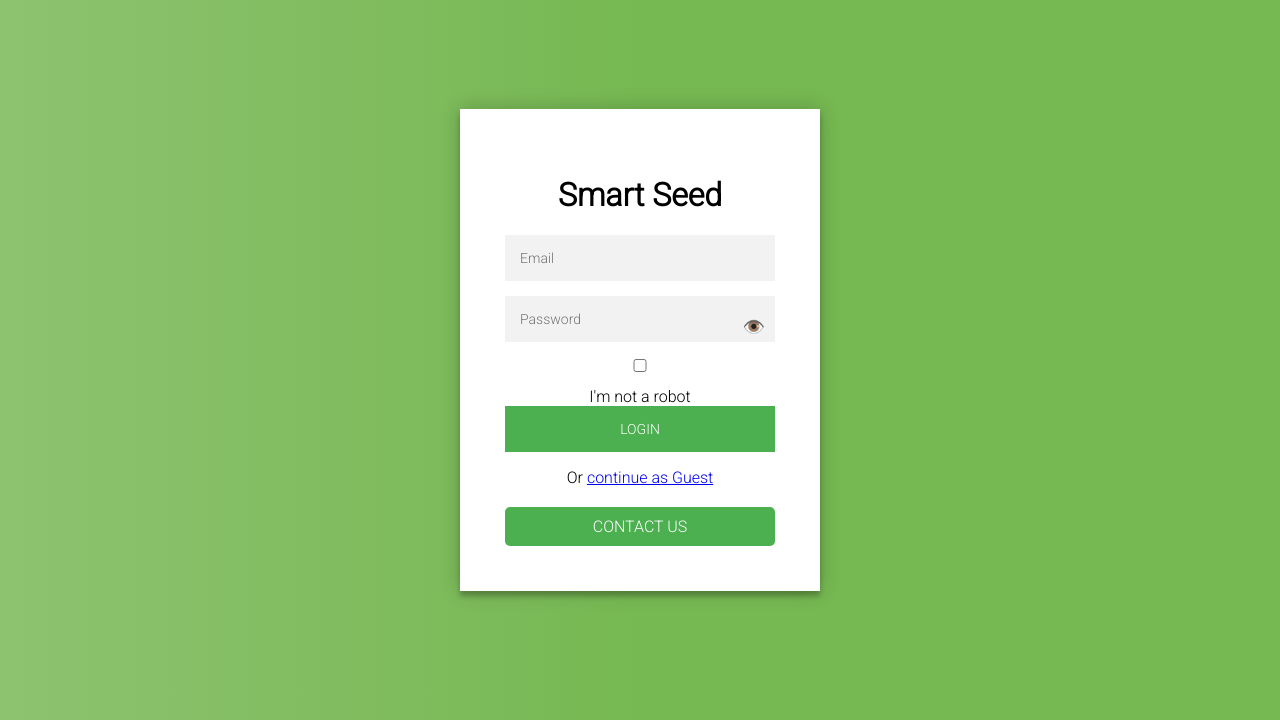
Repository: IFoundGeorge/Smart-Seed-v8-master
Page: src/login.html
An editor plug-in stored every save of this project. The page is shown before and after the next save, followed by the edit.
The browser window is 1280 px wide. The pictures show the whole page.

Above is the page before, as saved 2025-04-02 00:35:48.

### src/login.html
<!DOCTYPE html>
<html lang="en">
  <head>
    <meta charset="UTF-8" />
    <meta name="viewport" content="width=device-width, initial-scale=1.0" />
    <title>Login Form with Custom CAPTCHA</title>
    <link rel="stylesheet" href="../../css/login.css" />
    <script src="https://cdnjs.cloudflare.com/ajax/libs/js-sha1/0.7.0/sha1.min.js"></script>
    <style>
      .password-container {
        position: relative;
        display: flex;
        align-items: center;
      }

      #login-password {
        width: 100%;
        padding-right: 40px; /* Add space for the eye icon */
      }

      #toggle-password {
        position: absolute;
        right: 10px;
        cursor: pointer;
        font-size: 18px;
        color: #888;
      }

      .contact-us {
        text-align: center;
        margin-top: 20px;
      }

      .contact-us button {
        background-color: #4caf50; /* Green background */
        color: white; /* White text */
        border: none;
        padding: 10px 20px;
        font-size: 16px;
        cursor: pointer;
        border-radius: 5px;
      }

      .contact-us button:hover {
        background-color: #45a049; /* Darker green on hover */
      }

      /* Modal styling */
      .modal {
        display: none; /* Hidden by default */
        position: fixed;
        z-index: 1000;
        left: 0;
        top: 0;
        width: 100%;
        height: 100%;
        overflow: auto;
        background-color: rgba(
          0,
          0,
          0,
          0.4
        ); /* Black background with opacity */
      }

      .modal-content {
        background-color: #fff;
        margin: 15% auto;
        padding: 20px;
        border: 1px solid #888;
        width: 80%;
        max-width: 400px;
        border-radius: 10px;
        text-align: center;
      }

      .modal-content h2 {
        margin-top: 0;
      }

      .modal-content a {
        color: #4caf50;
        text-decoration: none;
      }

      .modal-content a:hover {
        text-decoration: underline;
      }

      .close {
        color: #aaa;
        float: right;
        font-size: 28px;
        font-weight: bold;
        cursor: pointer;
      }

      .close:hover,
      .close:focus {
        color: black;
        text-decoration: none;
      }
    </style>
  </head>
  <body>
    <div class="login-page">
      <div class="form">
        <h1 class="title">Smart Seed</h1>
        <form class="login-form" onsubmit="loginUser(event)">
          <input type="email" id="login-email" placeholder="Email" required />
          <div class="password-container">
            <input
              type="password"
              id="login-password"
              placeholder="Password"
              required
            />
            <span id="toggle-password" onclick="togglePasswordVisibility()"
              >👁️</span
            >
          </div>

          <!-- CAPTCHA Section -->
          <div class="captcha-section">
            <input
              type="checkbox"
              id="captcha-checkbox"
              onclick="showCaptchaModal()"
            />
            <label for="captcha-checkbox">I'm not a robot</label>
          </div>

          <button type="submit" id="login-button" disabled>Login</button>
        </form>

        <!-- Clickable Guest Login -->
        <p class="guest-text">
          Or <a href="#" onclick="loginAsGuest()">continue as Guest</a>
        </p>

        <!-- Contact Us Button -->
        <div class="contact-us">
          <button onclick="contactUs()">Contact Us</button>
        </div>
      </div>
    </div>

    <!-- CAPTCHA Modal -->
    <div id="captcha-modal" class="modal">
      <div class="modal-content">
        <span class="close" onclick="closeCaptchaModal()">&times;</span>
        <p id="math-problem"></p>
        <input type="text" id="captcha-answer" placeholder="Your answer" />
        <button onclick="verifyCaptcha()">Submit</button>
      </div>
    </div>

    <!-- Contact Us Modal -->
    <div id="contact-modal" class="modal">
      <div class="modal-content">
        <span class="close" onclick="closeContactModal()">&times;</span>
        <h2>Contact Us</h2>
        <p><strong>Name:</strong> Cyrus M. Cavero</p>
        <p><strong>Phone:</strong> 09168802764</p>
        <p>
          <strong>Email:</strong>
          <a href="mailto:caverocyrus@gmail.com">caverocyrus@gmail.com</a>
        </p>
      </div>
    </div>

    <script src="../../js/login.js"></script>

    <script>
      function loginAsGuest() {
        window.location.href = "guest/index.html";
      }

      function togglePasswordVisibility() {
        const passwordInput = document.getElementById("login-password");
        const togglePassword = document.getElementById("toggle-password");

        if (passwordInput.type === "password") {
          passwordInput.type = "text";
          togglePassword.textContent = "🙈"; // Change icon to "hide" mode
        } else {
          passwordInput.type = "password";
          togglePassword.textContent = "👁️"; // Change icon to "show" mode
        }
      }

      function contactUs() {
        const modal = document.getElementById("contact-modal");
        modal.style.display = "block"; // Show the modal
      }

      function closeContactModal() {
        const modal = document.getElementById("contact-modal");
        modal.style.display = "none"; // Hide the modal
      }

      window.onclick = function (event) {
        const modal = document.getElementById("contact-modal");
        if (event.target === modal) {
          modal.style.display = "none";
        }
      };
    </script>
  </body>
</html>

### css/login.css
@import url('https://fonts.googleapis.com/css?family=Roboto:300');

body {
  background: #76b852;
  background: linear-gradient(90deg, rgba(141,194,111,1) 0%, rgba(118,184,82,1) 50%);
  font-family: "Roboto", sans-serif;
  -webkit-font-smoothing: antialiased;
  -moz-osx-font-smoothing: grayscale;
}

.login-page {
  width: 360px;
  padding: 8% 0 0;
  margin: auto;
}

.form {
  position: relative;
  z-index: 1;
  background: #FFFFFF;
  max-width: 360px;
  margin: 0 auto 100px;
  padding: 45px;
  text-align: center;
  box-shadow: 0 0 20px 0 rgba(0, 0, 0, 0.2), 0 5px 5px 0 rgba(0, 0, 0, 0.24);
}

.form input {
  font-family: "Roboto", sans-serif;
  outline: 0;
  background: #f2f2f2;
  width: 100%;
  border: 0;
  margin: 0 0 15px;
  padding: 15px;
  box-sizing: border-box;
  font-size: 14px;
}

.form button {
  font-family: "Roboto", sans-serif;
  text-transform: uppercase;
  outline: 0;
  background: #4CAF50;
  width: 100%;
  border: 0;
  padding: 15px;
  color: #FFFFFF;
  font-size: 14px;
  -webkit-transition: all 0.3 ease;
  transition: all 0.3 ease;
  cursor: pointer;
}

.form button:hover, .form button:active, .form button:focus {
  background: #43A047;
}

.form .message {
  margin: 15px 0 0;
  color: #b3b3b3;
  font-size: 12px;
}

.form .message a {
  color: #4CAF50;
  text-decoration: none;
}

.form .register-form {
  display: none;
}

#captchaCanvas {
    border: 1px solid #ccc;
    margin-right: 10px;
}

#captcha-input {
    margin-bottom: 10px;
}

.captcha-container {
    margin: 15px 0;
    font-size: 1.2em;
}


#captchaText {
    font-family: 'Courier New', monospace;
    font-size: 20px;
    font-weight: bold;
    background-color: #f0f0f0;
    padding: 5px;
    margin-right: 10px;
    user-select: none;
}
/* Add this to your login.css */

.modal {
    display: none;
    position: fixed;
    z-index: 1;
    left: 0;
    top: 0;
    width: 100%;
    height: 100%;
    overflow: auto;
    background-color: rgba(0, 0, 0, 0.4);
}

.modal-content {
    background-color: #fefefe;
    margin: 15% auto;
    padding: 20px;
    border: 1px solid #888;
    width: 80%;
    max-width: 300px;
    text-align: center;
}

.close {
    color: #aaa;
    float: right;
    font-size: 28px;
    font-weight: bold;
}

.close:hover,
.close:focus {
    color: black;
    text-decoration: none;
    cursor: pointer;
}

### js/login.js
// login.js

document.addEventListener('DOMContentLoaded', () => {
    document.querySelectorAll('.message a').forEach(link => {
        link.addEventListener('click', (e) => {
            e.preventDefault();
            document.querySelectorAll('form').forEach(form => {
                form.classList.toggle('hidden');
            });
        });
    });
});

let correctAnswer;

function showCaptchaModal() {
    // Uncheck the checkbox and disable the login button initially
    const captchaCheckbox = document.getElementById('captcha-checkbox');
    captchaCheckbox.checked = false;
    document.getElementById('login-button').disabled = true;

    // Generate a random math problem
    const num1 = Math.floor(Math.random() * 10) + 1;
    const num2 = Math.floor(Math.random() * 10) + 1;
    correctAnswer = num1 + num2;
    document.getElementById('math-problem').innerText = `What is ${num1} + ${num2}?`;

    // Display the modal
    document.getElementById('captcha-modal').style.display = 'block';
}

function closeCaptchaModal() {
    document.getElementById('captcha-modal').style.display = 'none';
}

function verifyCaptcha() {
    const userAnswer = parseInt(document.getElementById('captcha-answer').value, 10);
    if (userAnswer === correctAnswer) {
        alert('CAPTCHA verified successfully!');
        document.getElementById('captcha-checkbox').checked = true;
        document.getElementById('login-button').disabled = false;
        closeCaptchaModal();
    } else {
        alert('Incorrect answer. Please try again.');
        document.getElementById('captcha-answer').value = '';
        showCaptchaModal();
    }
}

function loginUser(event) {
    event.preventDefault();

    // Ensure CAPTCHA is verified
    if (!document.getElementById('captcha-checkbox').checked) {
        alert('Please verify the CAPTCHA.');
        return;
    }

    const email = document.getElementById('login-email').value;
    const password = document.getElementById('login-password').value;

    // Hardcoded credentials
    const hardcodedEmail = 'admin@email.com';
    const hardcodedPasswordHash = '6c7ca345f63f835cb353ff15bd6c5e052ec08e7a';

    // Hash the entered password
    const hashedPassword = sha1(password);

    if (email === hardcodedEmail && hashedPassword === hardcodedPasswordHash) {
        alert('Login successful!');
        window.location.href = 'index.html';
    } else {
        alert('Invalid email or password.');
    }
}

// Close the modal when clicking outside of it
window.onclick = function(event) {
    const modal = document.getElementById('captcha-modal');
    if (event.target === modal) {
        closeCaptchaModal();
    }
}

After the next save:
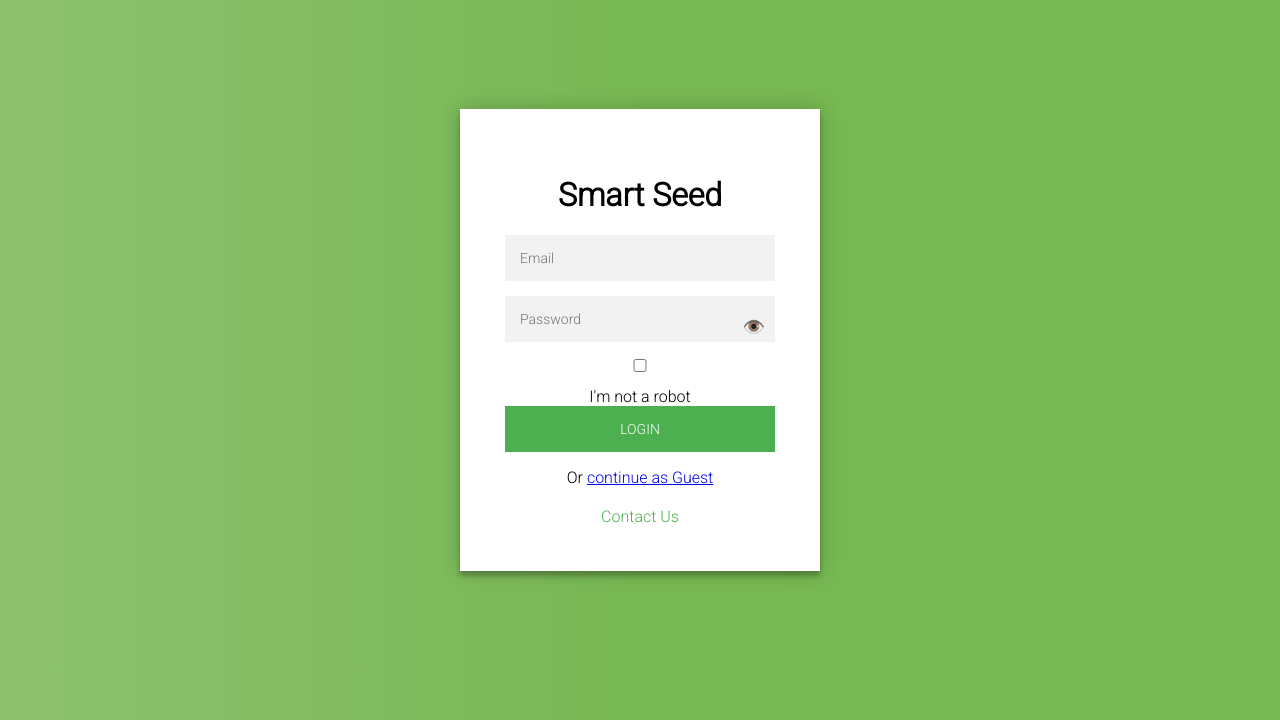
Saved 7 min 34 s later.
--- a/src/login.html
+++ b/src/login.html
@@ -31,18 +31,16 @@
         margin-top: 20px;
       }
 
-      .contact-us button {
-        background-color: #4caf50; /* Green background */
-        color: white; /* White text */
-        border: none;
-        padding: 10px 20px;
+      .contact-us a {
+        color: #4caf50; /* Green text */
         font-size: 16px;
+        text-decoration: none;
         cursor: pointer;
-        border-radius: 5px;
-      }
-
-      .contact-us button:hover {
-        background-color: #45a049; /* Darker green on hover */
+      }
+
+      .contact-us a:hover {
+        text-decoration: underline; /* Underline on hover */
+        color: #45a049; /* Darker green on hover */
       }
 
       /* Modal styling */
@@ -51,7 +49,6 @@
         position: fixed;
         z-index: 1000;
         left: 0;
-        top: 0;
         width: 100%;
         height: 100%;
         overflow: auto;
@@ -138,9 +135,9 @@
           Or <a href="#" onclick="loginAsGuest()">continue as Guest</a>
         </p>
 
-        <!-- Contact Us Button -->
+        <!-- Contact Us Link -->
         <div class="contact-us">
-          <button onclick="contactUs()">Contact Us</button>
+          <a href="#" onclick="contactUs()">Contact Us</a>
         </div>
       </div>
     </div>
